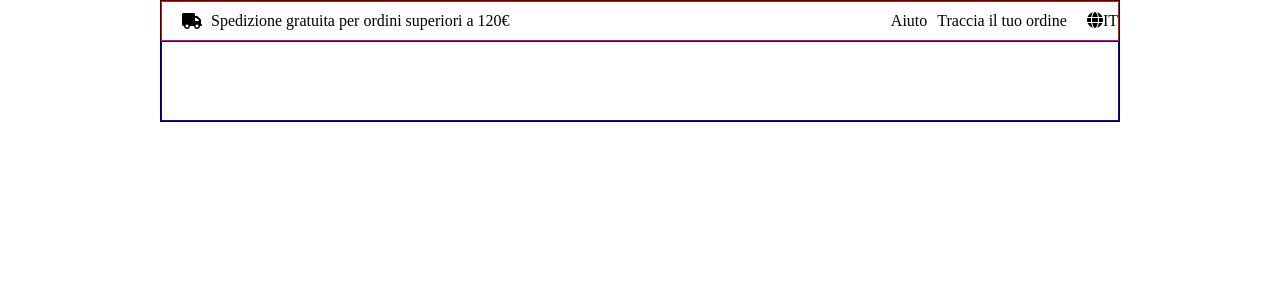
Repository: jacoporm1989/studioFlexbox
Page: FLEXBOX/Header+Navbar1/index.html
The author's editor kept a copy of each file at every save. The page is drawn from the files as they stood at one save, then again after the next save.
The browser window is 1280 px wide. The pictures show the whole page.

Above is the page before, as saved 2026-06-08 13:05:28.

After the next save:
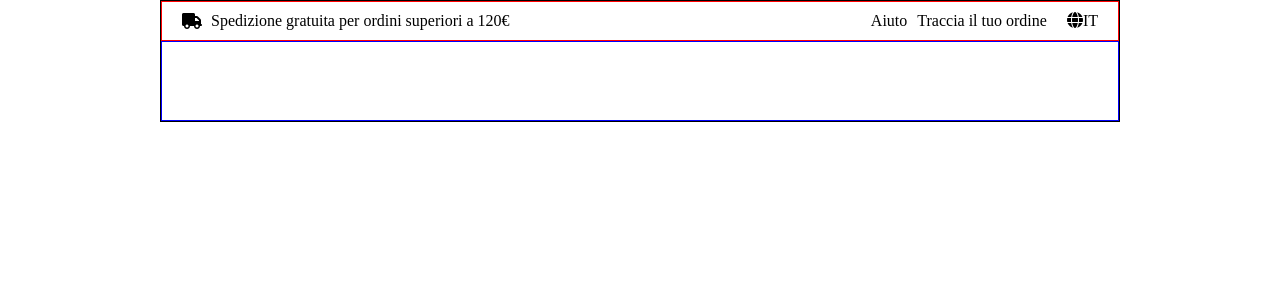
Saved 20 s later.
--- a/FLEXBOX/Header+Navbar1/index.css
+++ b/FLEXBOX/Header+Navbar1/index.css
@@ -39,6 +39,7 @@
     flex-direction:row;
     justify-content:center;
     align-items: center;
+    margin-right:20px;
 }
 
 
